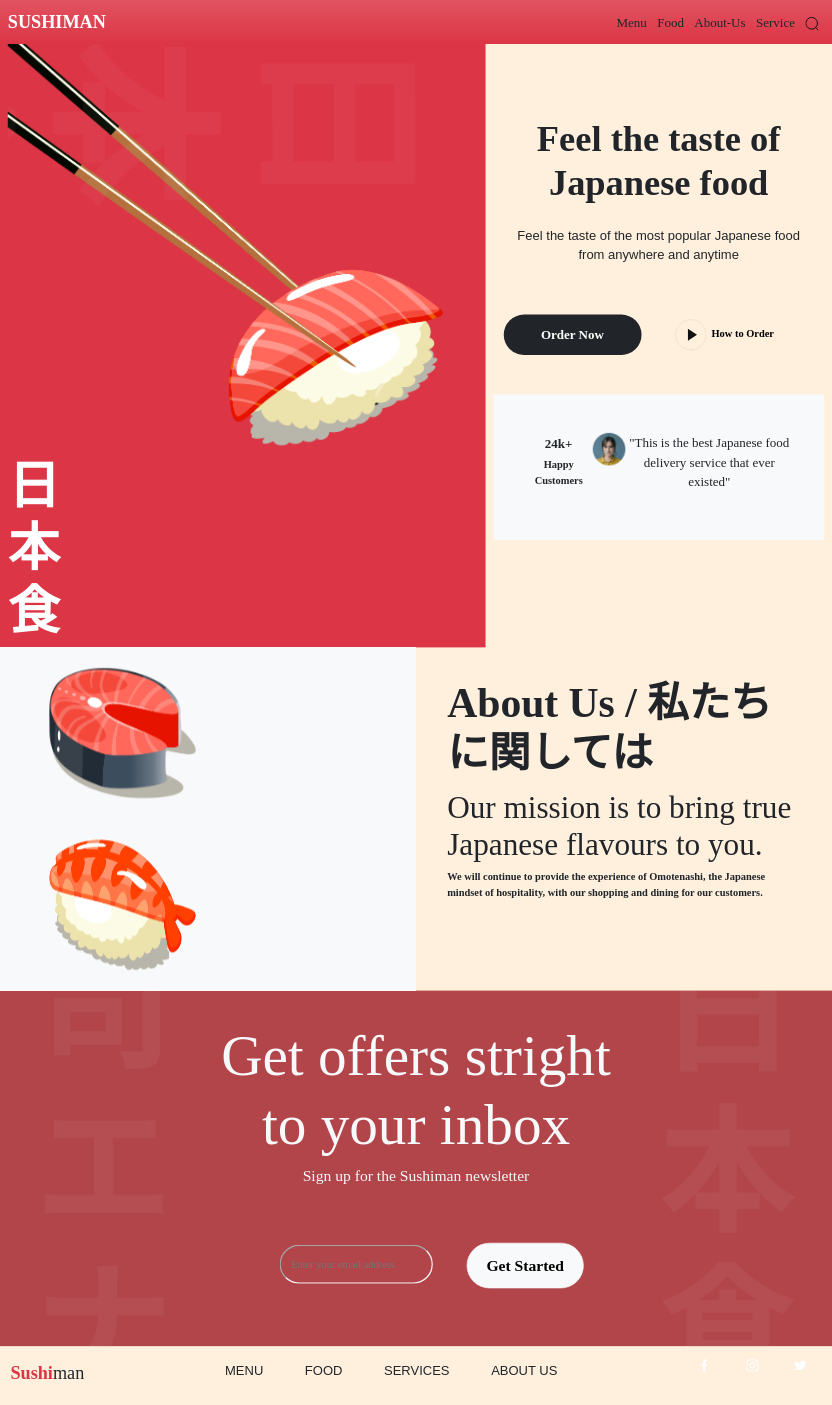
Repository: VickyJacob23/bootstrapTask
Page: index.html
The author's editor kept a copy of each file at every save. The page is drawn from the files as they stood at one save, then again after the next save.
The browser window is 1280 px wide. The pictures show the whole page, at 65% of full size.

Above is the page before, as saved 2024-07-05 23:43:56.

After the next save:
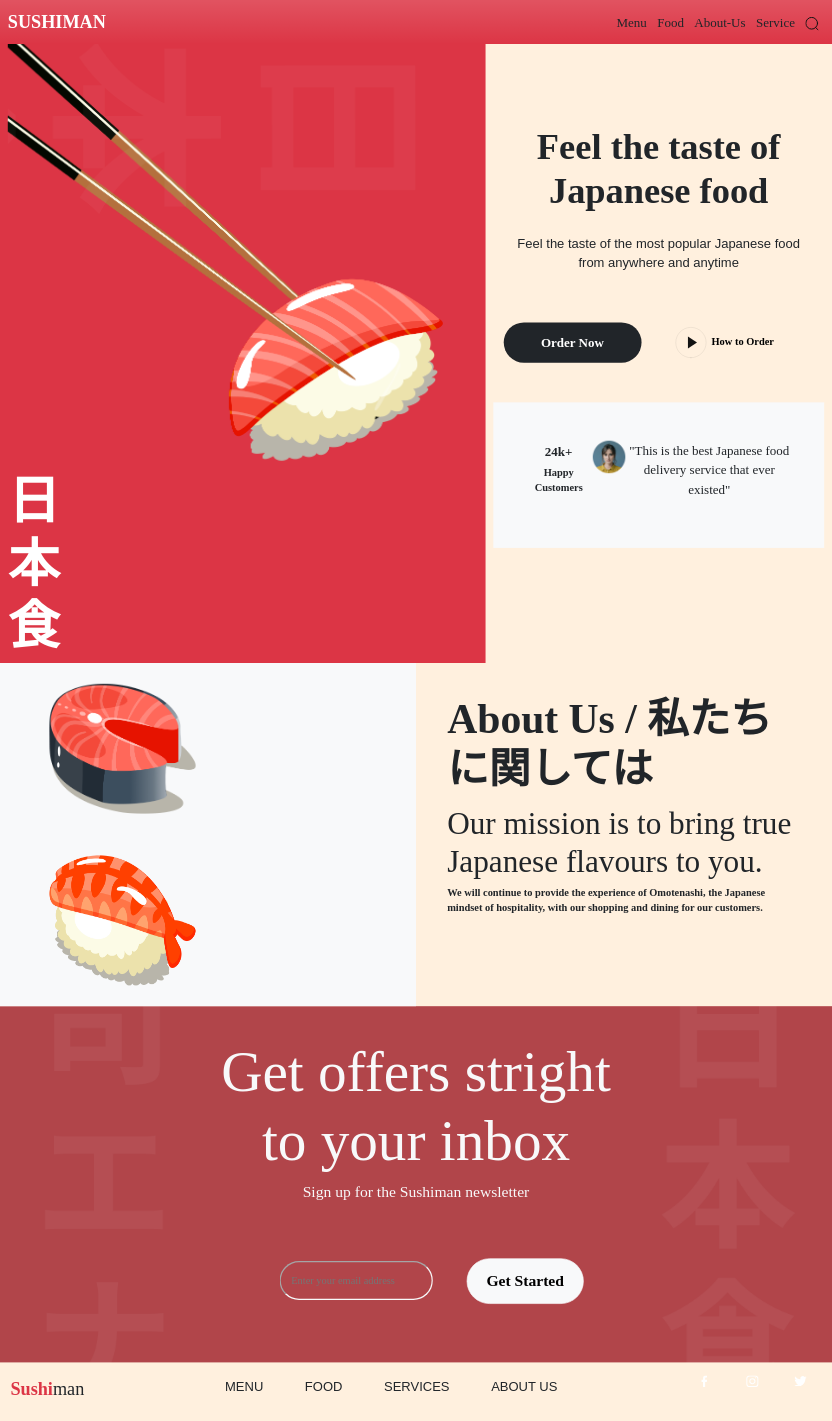
Saved 86 s later.
--- a/index.html
+++ b/index.html
@@ -35,8 +35,8 @@
         <!--landing page-->
         <section class="container-fluid ">
             <div class="row">
-                <div class="col-md-7 col-12 bg-danger container-fluid ">
-                    <img class="" src="./img/sushi-1.png" class="img-fluid" alt="sushi"  width="700" height="700">
+                <div class="col-md-7 col-12 bg-danger ">
+                    <img class="img-fluid" src="./img/sushi-1.png"  alt="sushi"  width="700" height="700">
                     <h1 class="text-white fw-bold  display-1 100vh">
                     日 <br />
                     本 <br />
